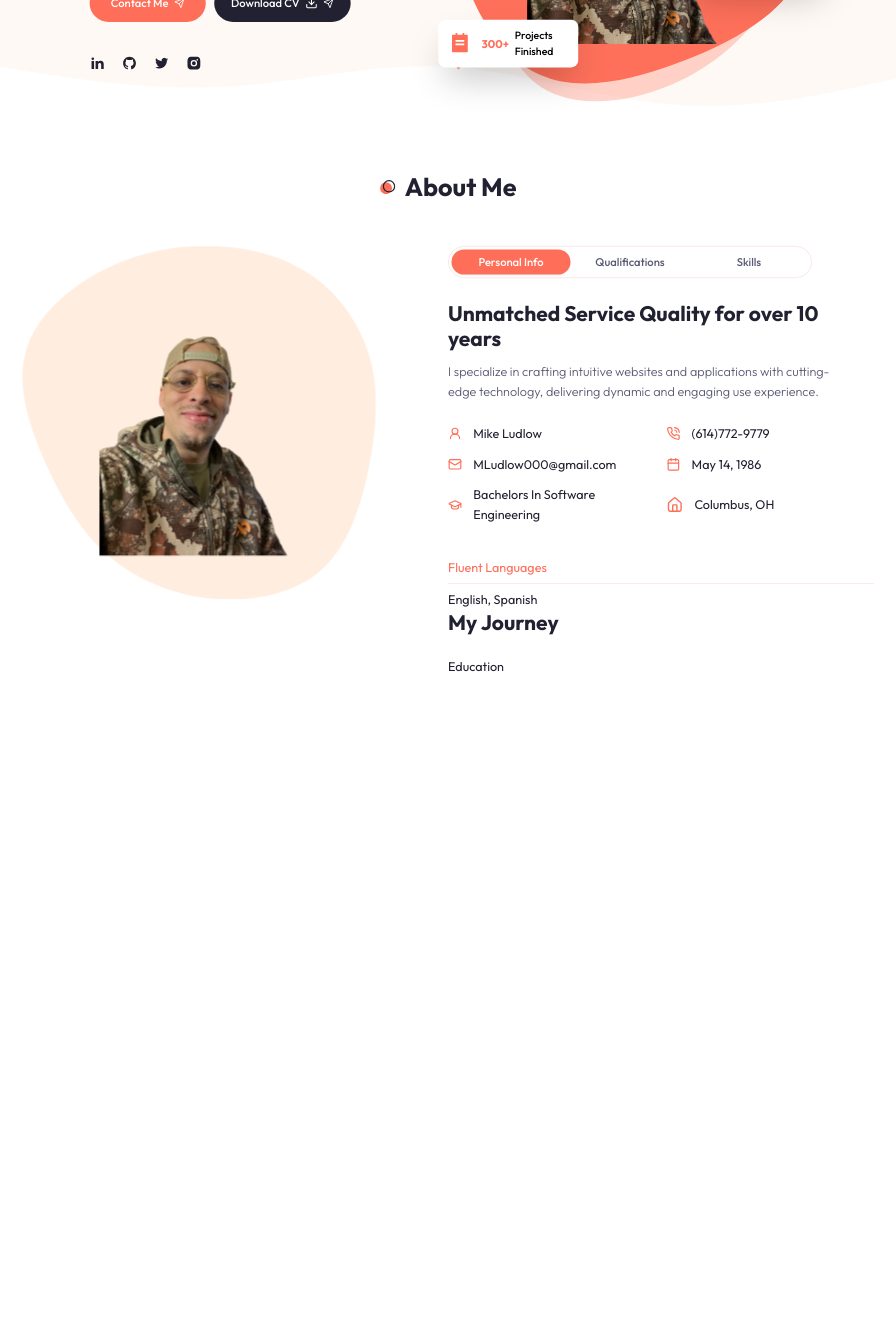
Repository: MikeeBuilds/mike-port
Page: /
These files come from the project's save history. The page is drawn as it stood at one moment and after the next save; the edit follows.
The browser window is 1280 px wide. The pictures show the part of the page from y = 556 to 2476 px (the page is 5591 px tall), at 70% of full size.
The project was rebuilt for these pictures with package versions that can differ from the ones it lists, and the page was loaded fresh each time. The framework's server and built-in components were replaced by stand-ins that run in the browser. Also part of the build but not shown: next.config.js.

Above is the page before, as saved 2023-11-30 22:08:51.

### app/layout.jsx
import { Outfit } from 'next/font/google'
import './globals.css'
import Header from '@/components/Header'
import Footer from '@/components/Footer'
import { ThemeProvider } from '@/components/ThemeProvider'

const outfit = Outfit({ subsets: ['latin'] })

export const metadata = {
  title: 'Mike Ludlow | Dev',
  description: 'Generated by create next app',
}

export default function RootLayout({ children }) {
  return (
    <html lang="en" suppressHydrationWarning>
      <body className={outfit.className}
      >
        <ThemeProvider attribute="class" defaultTheme="light">
          <Header />
            {children}
          <Footer />
        </ThemeProvider>
      </body>
    </html>
  )
}

### app/page.jsx
import About from '@/components/About'
import Hero from '@/components/Hero'
import { main } from 'json'
import Image from 'next/image'

export default function Home() {
  return (
    <main>
      <Hero/>
      <About/>
    </main>
  )
}

### app/globals.css
@tailwind base;
@tailwind components;
@tailwind utilities;

@layer base {
  @layer base {
    :root {
      --background: 0 0% 100%;
      --foreground: 240 19% 16%;
      --card: 0 0% 100%;
      --card-foreground: 240 19% 16%;
      --popover: 0 0% 100%;
      --popover-foreground: 20 14.3% 4.1%;
      --primary: 8 99% 67%;
      --primary-foreground: 300 0% 100%;
      --secondary: 240 19% 16%;
      --secondary-foreground: 300 0% 100%;
      --tertiary: 27 82% 98%;
      --muted: 60 4.8% 95.9%;
      --muted-foreground: 237 13% 40%;
      --accent: 237 9% 96%;
      --accent-foreground: 24 9.8% 10%;
      --destructive: 0 84.2% 60.2%;
      --destructive-foreground: 60 9.1% 97.8%;
      --border: 8 82% 92%;
      --input: 8 82% 92%;
      --ring: 9 99% 67%;
      --radius: 1rem;
    }

    .dark {
      --background: 237 22% 20%;
      --foreground: 60 9.1% 97.8%;
      --card: 240 19% 16%;
      --card-foreground: 300 0% 100%;
      --popover: 20 14.3% 4.1%;
      --popover-foreground: 60 9.1% 97.8%;
      --primary: 8 99% 67%;
      --primary-foreground: 300 0% 100%;
      --secondary: 240 19% 16%;
      --secondary-foreground: 300 0% 100%;
      --tertiary: 237 22% 20%;
      --muted: 12 6.5% 15.1%;
      --muted-foreground: 237 13% 63%;
      --accent: 240 19% 16%;
      --accent-foreground: 300 0% 100%;
      --destructive: 0 72.2% 50.6%;
      --destructive-foreground: 60 9.1% 97.8%;
      --border: 237 22% 23%;
      --input: 237 22% 23%;
      --ring: 8 99% 67%;
    }
  }
}

@layer base {
  * {
    @apply border-border;
  }
  body {
    @apply bg-background text-foreground;
  }
}

.h1 {
  @apply text-6xl xl:text-[72px] xl:leading-[80px] tracking-[-2px] font-bold;
}

.h2 {
  @apply text-4xl font-bold;
}

.h3 {
  @apply text-3xl font-bold;
}

.h4 {
  @apply text-[22px] font-semibold;
}

.subtitle {
  @apply text-muted-foreground text-lg mb-8 font-light;

}
.section-title {
  @apply text-4xl font-bold relative w-max flex items-center justify-between gap-x-3
  before:bg-dots_light before:dark:bg-dots_dark before:bg-no-repeat before:bg-center
  before:w-[24px] before:h-[24px];
}

.badge {
  @apply z-10 w-[200px] h-[68px] bg-white dark:backdrop-blur-[44px] shadow-2xl p-4 rounded-[10px] flex items-center gap-x-4;
}

### components/Header.jsx
"use client";
import React, { useState, useEffect } from "react";

// components
import Logo from "./Logo";
import ThemeToggler from "./ThemeToggler";
import Nav from "./Nav";
import MobileNav from "./MobileNav";
import { usePathname } from "next/navigation";

const Header = () => {
  const [header, setHeader] = useState(false);
  const pathname = usePathname();

  useEffect(() => {
    const scrollYpos = window.addEventListener("scroll", () => {
      window.scrollY > 50 ? setHeader(true) : setHeader(false);
    });

    // remove event
    return () => window.removeEventListener("scroll", scrollYpos);
  });

  return (
    <header
      className={`${
        header
          ? "py-4 bg-white shadow-lg dark:bg-accent"
          : "py-6 dark:bg-transparent"
      } sticky top-0 z-30 transition-all ${pathname === '/' && 'bg-white'}`}
    >
      <div className="container mx-auto">
        <div className="flex justify-between items-center">
          <Logo />
          <div className="flex items-center gap-x-6">
            {/* nav */}
            <Nav
              containerStyles="hidden xl:flex gap-x-8 items-center"
              linkStyles="relative hover:text-primary transition-all"
              underlineStyles="absolute left-0 top-full h-[2px] bg-primary w-full"
            />
            <ThemeToggler />
            {/* mobile nav */}
            <div className="lg:hidden">
              <MobileNav />
            </div>
          </div>
        </div>
      </div>
    </header>
  );
};

export default Header;

### components/Footer.jsx

const Footer = () => {
  return (
    <footer>Footer</footer>
  )
}

export default Footer

### components/ThemeProvider.jsx
"use client"


import {
    ThemeProvider as NextThemesProvider
} from "next-themes";



export function ThemeProvider({ children, ...props}) {
    return <NextThemesProvider {...props}>{children}</NextThemesProvider>
}

### components/About.jsx
import DevImg from "./DevImg";
import image from "next/image";
import { Tabs, TabsContent, TabsList, TabsTrigger } from "@/components/ui/tabs";

import {
  User2,
  MailIcon,
  HomeIcon,
  PhoneCall,
  GraduationCap,
  Calendar,
  Briefcase,
} from "lucide-react";

const infoData = [
  {
    icon: <User2 size={20} />,
    text: "Mike Ludlow",
  },
  {
    icon: <PhoneCall size={20} />,
    text: "(614)772-9779",
  },
  {
    icon: <MailIcon size={20} />,
    text: "MLudlow000@gmail.com",
  },
  {
    icon: <Calendar size={20} />,
    text: "May 14, 1986",
  },
  {
    icon: <GraduationCap size={20} />,
    text: "Bachelors In Software Engineering",
  },
  {
    icon: <HomeIcon sizes={20} />,
    text: "Columbus, OH",
  },
];

const qualificationData = [
  {
    title: "education",
    data: [
      {
        university: "Columbus State Community College",
        qualification: "Bachelor Of Science",
        years: "2019-2024",
      },
      {
        university: "Learn Web3",
        qualification: "Ethereum Developer Degree",
        years: "2022-2023",
      },
      {
        university: "Alchemy University",
        qualification: "Learn Javascript",
        years: "2023",
      },
    ],
  },
  {
    title: "experience",
    data: [
      {
        company: "Takify AI Startup",
        qualification: "Software Developer",
        years: "2022-present",
      },
      // {
      //   company: 'Takify AI Startup',
      //   qualification: 'Software Developer',
      //   years: '2022-present'
      // },
      // {
      //   company: 'Takify AI Startup',
      //   qualification: 'Software Developer',
      //   years: '2022-present'
      // },
    ],
  },
];

const skillData = [
  {
    title: "skills",
    data: [
      {
        name: "HTML, CSS",
      },
      {
        name: "Front-end Development",
      },
      {
        name: "Javascript, PHP",
      },
      {
        name: "Back-end Development",
      },
    ],
  },
  {
    title: "tools",
    data: [
      {
        imgPath: "/about/vscode.svg",
      },
      {
        imgPath: "/about/figma.svg",
      },
      {
        imgPath: "/about/notion.svg",
      },
      {
        imgPath: "/about/wordpress.svg",
      },
    ],
  },
];

const About = () => {
  const getData = (arr, title) => {
    return arr.find((item) => item.title === title);
  };

  return (
    <section className="xl:h-[860px] pb-12 xl:py-24">
      <div className="container mx-auto">
        <h2 className="section-title mb-8 xl:mb-16 text-center mx-auto">
          About Me
        </h2>
        <div className="flex flex-col xl:flex-row">
          {/* iamge */}
          <div className="hidden xl:flex flex-1 relative">
            <DevImg
              containerStyles="bg-about_shape_light dark:bg-about_shape_dark w-[505px] h-[505px] bg-no-repeat relative"
              imgSrc="/about/developer.png"
            />
          </div>
          {/* tabs */}
          <div className="flex-1">
            <Tabs defaultValue="personal">
              <TabsList className="w-full grid xl:grid-cols-3 xl:max-w-[520px] xl:border dark:border-none">
                <TabsTrigger className="w-[162px] xl:w-auto" value="personal">
                  Personal Info
                </TabsTrigger>
                <TabsTrigger
                  className="w-[162px] xl:w-auto"
                  value="qualifications"
                >
                  Qualifications
                </TabsTrigger>
                <TabsTrigger className="w-[162px] xl:w-auto" value="skills">
                  Skills
                </TabsTrigger>
              </TabsList>
              {/* tabs content */}
              <div className="text-lg mt:12 xl:mt-8">
                {/* personal */}
                <TabsContent value="personal">
                  <div className="text-center xl:text-left">
                    <h3 className="h3 mb-4">
                      Unmatched Service Quality for over 10 years
                    </h3>
                    <p className="subtitle max-w-xl mx-auto xl:mx-0">
                      I specialize in crafting intuitive websites and
                      applications with cutting-edge technology, delivering
                      dynamic and engaging use experience.
                    </p>
                    {/* icons */}
                    <div className="grid xl:grid-cols-2 gap-4 mb-12">
                      {infoData.map((item, index) => {
                        return (
                          <div
                            className="flex items-center gap-x-4 mx-auto xl:mx-0"
                            key={index}
                          >
                            <div className="text-primary">{item.icon}</div>
                            <div>{item.text}</div>
                          </div>
                        );
                      })}
                    </div>
                    {/* Languages */}
                    <div className="flex flex-col gap-y-2">
                      <div className="text-primary">
                        Fluent Languages
                      </div>
                      <div className="border-b border-border"></div>
                      <div>English, Spanish</div>
                    </div>
                  </div>
                </TabsContent>
                {/* qualifications */}
                <div className="">
                  <h3 className="h3 mb-8 text-center xl:text-left">My Journey</h3>
                  {/* experience & education wrapper */}
                  <div>
                    {/* experience */}
                    <div>
                      <div>

                      </div>
                    </div>
                    {/* education */}
                    <div>Education</div>
                  </div>
                </div>
                <TabsContent value="qualifications">
                  qualifications info
                </TabsContent>
                <TabsContent value="skills">skills info</TabsContent>
              </div>
            </Tabs>
          </div>
        </div>
      </div>
    </section>
  );
};

export default About;

### components/Hero.jsx
import Link from "next/link";
import { Download, Send } from "lucide-react";
import { Button } from "./ui/button";

import {
  RiBriefcase4Fill,
  RiTeamFill,
  RiTodoFill,
  RiArrowDownSLine,
} from "react-icons/ri";

//components
import DevImg from "./DevImg";
import Badge from "./Badge";
import Socials from "./Socials";

const Hero = () => {
  return (
    <section className="py-12 xl:py-24 h-[84vh] xl:pt-28 bg-hero bg-no-repeat bg-bottom bg-cover dark:bg-none">
      <div className="flex justify-between gap-x-8">
        {/* text */}
        <div className="flex max-w-[600px] flex-col justify-center mx-auto xl:mx-32 text-center xl:text-left">
          <div className="text-sm uppercase font-semibold mb-4 text-primary tracking-[4px]">
            Software Developer
          </div>
          <h1 className="h1 mb-4">Hello, Im Mike Ludlow</h1>
          <p className="subtitle max-w-[490px] mx-auto xl:mx-0">
            Brief description with insights into myself, my vocational journey,
            and what I engage in profressionally
          </p>
          {/* buttons */}
          <div
            className="flex flex-col gap-y-3 md:flex-row gap-x-3 mx-auto
          xl:mx-0 mb-12"
          >
            <Link href="/contact">
              <Button className="gap-x-2">
                Contact Me <Send size={15} />
              </Button>
            </Link>
            <Button variant="secondary" className="gap-x-2">
              Download CV <Download size={18} /> <Send size={15} />
            </Button>
          </div>
          {/* socials */}
          <Socials
            containerStyles="flex gap-x-6 mx-auto xl:mx-0"
            iconStyles="text-foreground text-[22px] hover:text-primary transition-all"
          />
        </div>
        {/* image */}
        <div className="hidden xl:flex relative right-32">
          <Badge
            icon={<RiBriefcase4Fill />}
            endCountNum={2}
            badgeText="Years Of Experience"
            containerstyles="absolute top-[24%] -left-[5rem]"
          />
          {/* badge 2 */}
          <Badge
            icon={<RiTodoFill />}
            endCountNum={30}
            endCountText='0+'
            badgeText="Projects Finished"
            containerstyles="absolute top-[80%] -left-[1rem]"
          />
          {/* badge 3 */}
          <Badge
            icon={<RiTeamFill />}
            endCountNum={5}
            endCountText='7'
            badgeText="Happy Clients"
            containerstyles="absolute top-[55%] -right-8"
          />
          <div className="bg-hero_shape2_light dark:bg-hero_shape2_dark w-[500px] h-[500px] bg-no-repeat absolute -top-1 -right-8"></div>
          <DevImg
            containerStyles="bg-hero_shape w-[510px] h-[462px] bg-no-repeat relative bg-bottom"
            imgSrc="/hero/developer.png"
          />
        </div>
        {/* icon */}
        <div className="hidden md:flex absolute left-2/4 bottom-44 xl:bottom-12 animate-bounce">
          <RiArrowDownSLine className="text-3xl text-primary" />
        </div>
      </div>
    </section>
  );
};

export default Hero;

### components/Logo.jsx
import Link from "next/link";
import Image from "next/image";


const Logo = () => {
  return (
    <Link href="/">
        <Image src='/logo.svg' width={54} height={54} priority alt="logo"/>
    </Link>
  )
}

export default Logo

### components/ThemeToggler.jsx
"use client";

import { Button } from "./ui/button";
import { MoonIcon, SunIcon } from "@radix-ui/react-icons";
import { useTheme } from "next-themes";

const ThemeToggler = () => {
  const { theme, setTheme } = useTheme();
  return (
    <Button variant='outline' size="outline" onClick={() => setTheme(theme === 'dark' ? 'light' : 'dark')}>
      <SunIcon
        className="h-[1.2rem] w-[1.2rem] rotate-0 scale-100 transition-all
      dark:rotate-90 dark:scale-0"
      />
      <MoonIcon
        className="absolute h-[1.2rem] w-[1.2rem] rotate-90 scale-0 transition-all
       dark:rotate-0 dark:scale-100"
      />
    </Button>
  );
};

export default ThemeToggler;

### components/Nav.jsx
import Link from "next/link";

//next hooks
import { usePathname } from "next/navigation";

//framer motion
import { motion } from "framer-motion";

const links = [
  { path: "/", name: "home" },
  { path: "/projects", name: "my projects" },
  { path: "/contact", name: "contact" },
];

const Nav = ({ containerStyles, linkStyles, underlineStyles }) => {
  const path = usePathname();
  return (
    <nav className={`${containerStyles}`}>
      {links.map((link, index) => {
        return (
          <Link
            href={link.path}
            key={index}
            className={`capitalize ${linkStyles}`}
          >
            {link.path === path && (
              <motion.span
                initial={{ y: "-100%" }}
                animate={{ y: 0 }}
                transition={{ type: "tween" }}
                layoutId="underline"
                className={`${underlineStyles}`}
              />
            )}
            {link.name}
          </Link>
        );
      })}
    </nav>
  );
};

export default Nav;

### components/MobileNav.jsx
import { Sheet, SheetContent, SheetTrigger } from "@/components/ui/sheet";
import { AlignJustify } from "lucide-react";

import Nav from "./Nav";
import Logo from "./Logo";
import Socials from "./Socials";

const MobileNav = () => {
  return (
    <Sheet>
      <SheetTrigger asChild>
        <AlignJustify className="cursor-pointer" />
      </SheetTrigger>
      <SheetContent>
        <div className="flex flex-col items-center justify-between h-full py-8">
          <div className="flex flex-col items-center gap-y-32">
            <Logo />
            <Nav
              containerStyles="flex flex-col items-center gap-y-6"
              linkStyles="text-2xl"
            />
          </div>
            <Socials containerStyles='flex gap-x-4' iconStyles='text-2xl'/>
        </div>
      </SheetContent>
    </Sheet>
  );
};

export default MobileNav;

### components/DevImg.jsx
import Image from "next/image";

const DevImg = ({ containerStyles, imgSrc }) => {
  return <div className={`${containerStyles}`}>
    <Image src={imgSrc} fill priority alt="" />
  </div>;
};

export default DevImg;

### components/ui/tabs.jsx
"use client";

import * as React from "react";
import * as TabsPrimitive from "@radix-ui/react-tabs";

import { cn } from "@/lib/utils";

const Tabs = TabsPrimitive.Root;

const TabsList = React.forwardRef(({ className, ...props }, ref) => (
  <TabsPrimitive.List
    ref={ref}
    className={cn(
      "inline-flex items-center justify-center xl:bg-white p-1 text-muted-foreground rounded-[30px] dark:md:bg-secondary",
      className
    )}
    {...props}
  />
));
TabsList.displayName = TabsPrimitive.List.displayName;

const TabsTrigger = React.forwardRef(({ className, ...props }, ref) => (
  <TabsPrimitive.Trigger
    ref={ref}
    className={cn(
      "inline-flex items-center justify-center whitespace-nowrap rounded-full px-3 py-1.5 text-base font-medium ring-offset-background transition-all focus-visible:outline-none focus-visible:ring-2 focus-visible:ring-ring focus-visible:ring-offset-2 disabled:pointer-events-none disabled:opacity-50 data-[state=active]:bg-primary data-[state=active]:text-white data-[state=active]:shadow-sm ",
      className
    )}
    {...props}
  />
));
TabsTrigger.displayName = TabsPrimitive.Trigger.displayName;

const TabsContent = React.forwardRef(({ className, ...props }, ref) => (
  <TabsPrimitive.Content
    ref={ref}
    className={cn(
      "mt-2 ring-offset-background focus-visible:outline-none focus-visible:ring-2 focus-visible:ring-ring focus-visible:ring-offset-2",
      className
    )}
    {...props}
  />
));
TabsContent.displayName = TabsPrimitive.Content.displayName;

export { Tabs, TabsList, TabsTrigger, TabsContent };

### components/ui/button.jsx
import * as React from "react"
import { Slot } from "@radix-ui/react-slot"
import { cva } from "class-variance-authority";

import { cn } from "@/lib/utils"

const buttonVariants = cva(
  "inline-flex items-center justify-center whitespace-nowrap rounded-full text-base font-medium ring-offset-background transition-colors focus-visible:outline-none focus-visible:ring-2 focus-visible:ring-ring focus-visible:ring-offset-2 disabled:pointer-events-none disabled:opacity-50",
  {
    variants: {
      variant: {
        default: "bg-primary text-primary-foreground hover:bg-primary/90",
        destructive:
          "bg-destructive text-destructive-foreground hover:bg-destructive/90",
        outline:
          "border border-input bg-background hover:bg-accent hover:text-accent-foreground",
        secondary:
          "bg-secondary text-secondary-foreground hover:bg-secondary/80",
        ghost: "hover:bg-accent hover:text-accent-foreground",
        link: "text-primary underline-offset-4 hover:underline",
      },
      size: {
        default: "h-[54px] px-6 py-2 min-w-[166px]",
        sm: "h-9 rounded-md px-3",
        lg: "h-11 rounded-md px-8",
        icon: "h-10 w-10",
      },
    },
    defaultVariants: {
      variant: "default",
      size: "default",
    },
  }
)

const Button = React.forwardRef(({ className, variant, size, asChild = false, ...props }, ref) => {
  const Comp = asChild ? Slot : "button"
  return (
    (<Comp
      className={cn(buttonVariants({ variant, size, className }))}
      ref={ref}
      {...props} />)
  );
})
Button.displayName = "Button"

export { Button, buttonVariants }

### components/Badge.jsx
"use client"
import CountUp from 'react-countup';

const Badge = ({
  containerstyles,
  icon,
  endCountNum,
  endCountText,
  badgeText
}) => {
  return <div className={`badge ${containerstyles}`}>
    <div className='text-3xl text-primary'>{icon}</div>
    <div className='flex items-center gap-x-2'>
      <div className='text-4-xl leading-none font-bold text-primary'>
        <CountUp end={endCountNum} delay={1} duration={4}/>
        {endCountText}
      </div>
      <div className='max-w-[70px] leadin-none text-[15px] font-medium text-black'>{badgeText}</div>
    </div>
  </div>;
};

export default Badge;

### components/Socials.jsx
'use client'

import {
  RiLinkedinFill,
  RiGithubFill,
  RiTwitterFill,
  RiInstagramFill
} from 'react-icons/ri';

import Link from 'next/link';

const icons = [
  {
    path: '/',
    name: <RiLinkedinFill />,
  },
  {
    path: '/',
    name: <RiGithubFill />,
  },{
    path: '/',
    name: <RiTwitterFill />,
  },{
    path: '/',
    name: <RiInstagramFill />,
  },
]


import React from "react";

const Socials = ({ containerStyles, iconStyles}) => {
  return <div className={`${containerStyles}`}>
    {icons.map((icon, index) => {
      return <Link href={icon.path} key={index}>
        <div className={`${iconStyles}`}>
          {icon.name}
        </div>
      </Link>
    })}
  </div>;
};

export default Socials;

Loaded but not shown: lib/utils.js (common file); tailwind.config.js (90 lines, source omitted); app/template.js (36 lines, source omitted); hooks/useScrollProgress.js (25 lines, source omitted); components/ui/sheet.jsx (109 lines, source omitted)

After the next save:
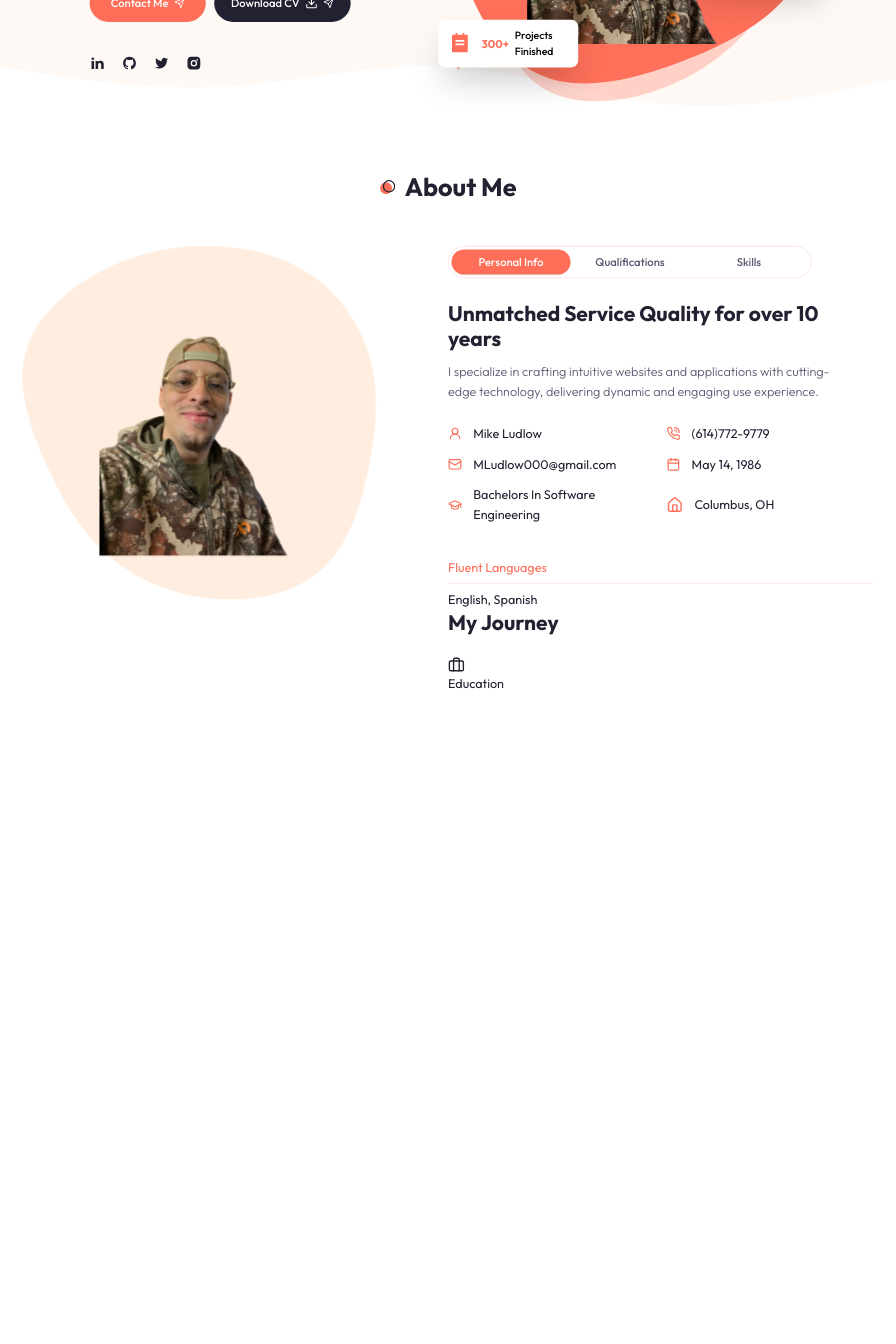
Saved 10 s later.
--- a/components/About.jsx
+++ b/components/About.jsx
@@ -200,7 +200,7 @@
                     {/* experience */}
                     <div>
                       <div>
-
+                        <Briefcase/>
                       </div>
                     </div>
                     {/* education */}
